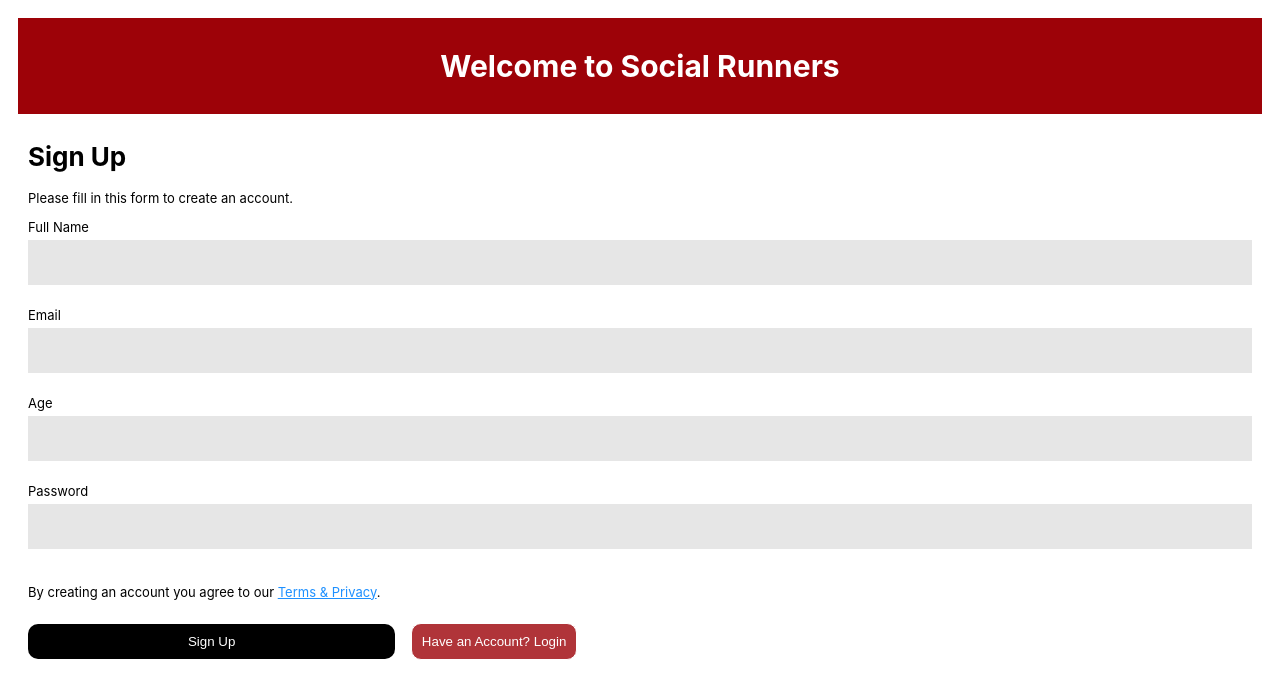
Repository: komalharjani/Social-Runners-Web-Application
Page: content/register.html
These files come from the project's save history. The page is drawn as it stood at one moment and after a run of saves; the edit follows.
The browser window is 1280 px wide. The pictures show the whole page.

Above is the page before, as saved 2020-05-11 18:11:36.

After the next 2 saves:
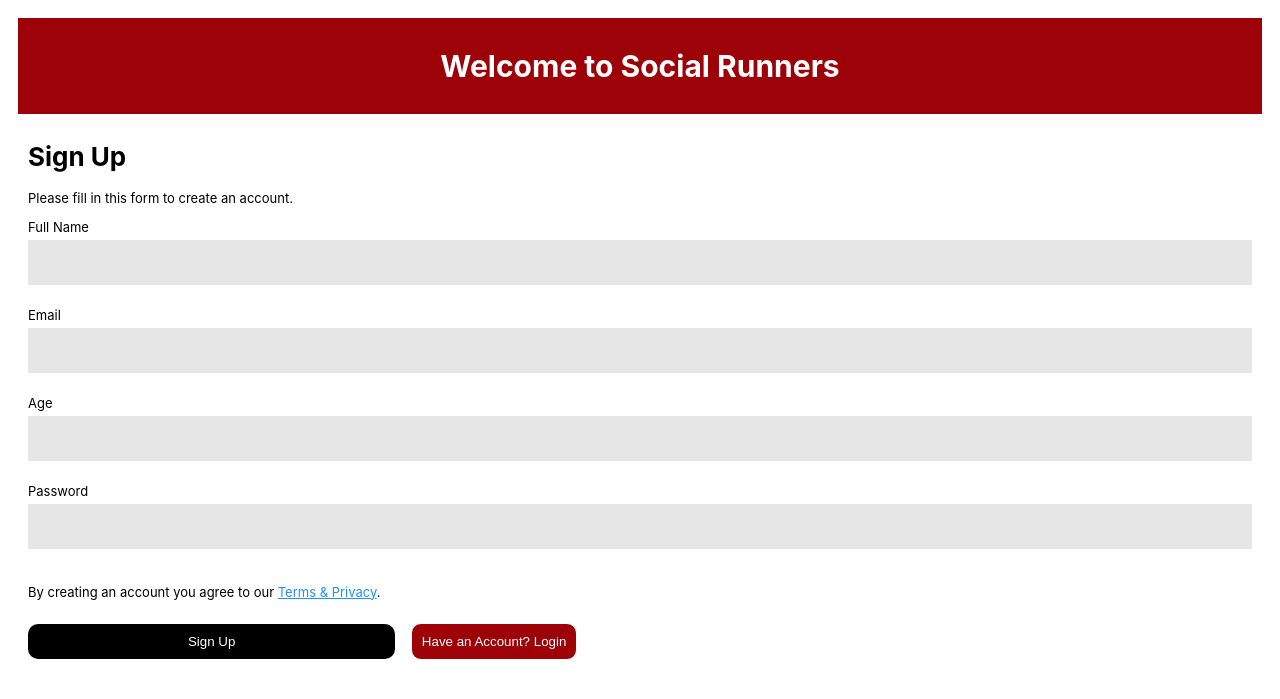
The 2 saves are shown as one change because they came seconds apart.
The last was saved 7 s later.
--- a/content/style.css
+++ b/content/style.css
@@ -340,12 +340,10 @@ hr {
     background-color: #9d0208 ;
     border: 1px solid rgb(255, 255, 255);
     margin: 10px;
-    opacity: 0.8;
   }
 
   .logoutBtn:hover {
     opacity: 0.7;
-    color: black;
   }
 
   .runPostsStyle {
